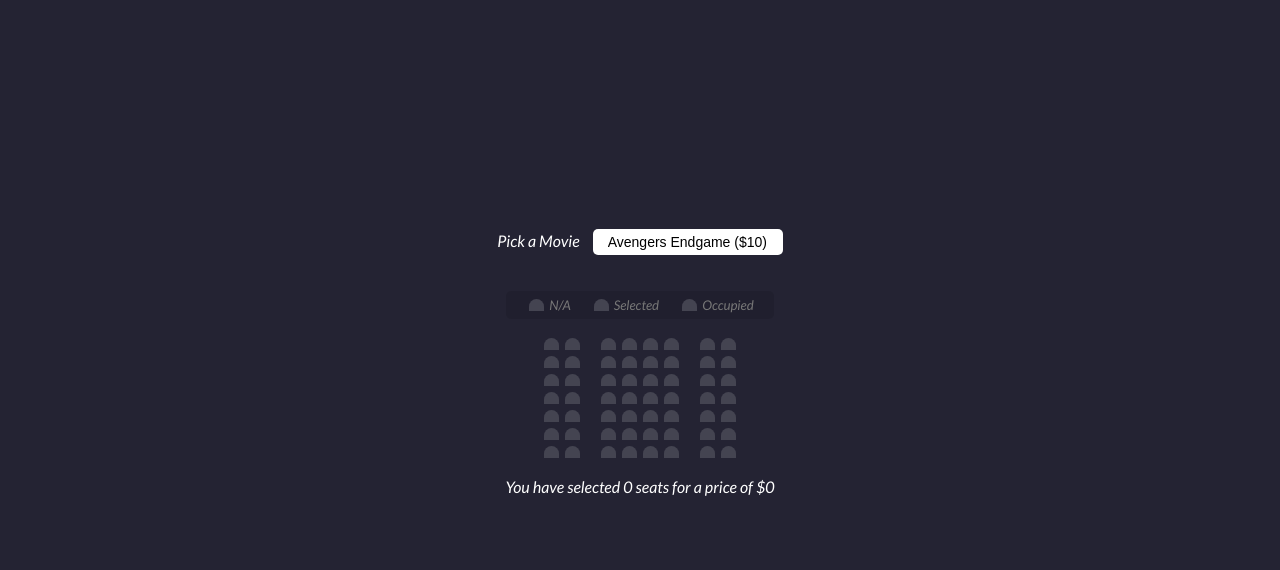
Repository: Izaya171/programming
Page: movieTickets/index.html
The author's editor kept a copy of each file at every save. The page is drawn from the files as they stood at one save, then again after the next save.
The browser window is 1280 px wide. The pictures show the whole page.

Above is the page before, as saved 2021-09-18 15:25:19.

### movieTickets/index.html
<!DOCTYPE html>
<html lang="en">

<head>
    <meta charset="UTF-8">
    <meta http-equiv="X-UA-Compatible" content="IE=edge">
    <meta name="viewport" content="width=device-width, initial-scale=1.0">
    <link rel="stylesheet" href="styles.css">
    <title>Movie Seat Booking</title>
</head>

<body>
    <div class="movie-container">
        <label>Pick a Movie</label>
        <select id="movie">
            <option value="10">Avengers Endgame ($10)</option>
            <option value="12">Joker ($12)</option>
            <option value="8">Toy Story 4 ($8)</option>
            <option value="9">Lion King ($9)</option>
        </select>
    </div>

    <ul class="showcase">
        <li>
            <div class="seat"></div>
            <small>N/A</small>
        </li>
        <li>
            <div class="seat selected"></div>
            <small>Selected</small>
        </li>
        <li>
            <div class="seat occupied"></div>
            <small>Occupied</small>
        </li>
    </ul>

    <div class="container">
        <div class="screen"></div>

        <div class="row">
            <div class="seat"></div>
            <div class="seat"></div>
            <div class="seat occupied"></div>
            <div class="seat"></div>
            <div class="seat occupied"></div>
            <div class="seat"></div>
            <div class="seat"></div>
            <div class="seat occupied"></div>
        </div>
        <div class="row">
            <div class="seat"></div>
            <div class="seat occupied"></div>
            <div class="seat"></div>
            <div class="seat occupied"></div>
            <div class="seat"></div>
            <div class="seat"></div>
            <div class="seat"></div>
            <div class="seat"></div>
        </div>
        <div class="row">
            <div class="seat"></div>
            <div class="seat"></div>
            <div class="seat"></div>
            <div class="seat"></div>
            <div class="seat"></div>
            <div class="seat"></div>
            <div class="seat"></div>
            <div class="seat"></div>
        </div>
        <div class="row">
            <div class="seat"></div>
            <div class="seat"></div>
            <div class="seat occupied"></div>
            <div class="seat"></div>
            <div class="seat"></div>
            <div class="seat"></div>
            <div class="seat occupied"></div>
            <div class="seat"></div>
        </div>
        <div class="row">
            <div class="seat occupied"></div>
            <div class="seat"></div>
            <div class="seat"></div>
            <div class="seat"></div>
            <div class="seat"></div>
            <div class="seat"></div>
            <div class="seat"></div>
            <div class="seat"></div>
        </div>
        <div class="row">
            <div class="seat"></div>
            <div class="seat"></div>
            <div class="seat"></div>
            <div class="seat"></div>
            <div class="seat"></div>
            <div class="seat"></div>
            <div class="seat"></div>
            <div class="seat"></div>
        </div>
        <div class="row">
            <div class="seat"></div>
            <div class="seat"></div>
            <div class="seat"></div>
            <div class="seat"></div>
            <div class="seat"></div>
            <div class="seat"></div>
            <div class="seat"></div>
            <div class="seat"></div>
        </div>
    </div>

    <p class="text">You have selected <span id="count">0</span> seats for a price of $<span id="total">0</span></span>
    </p>

    <script src="script.js"></script>
</body>

</html>

### movieTickets/styles.css
@import url('https://fonts.googleapis.com/css2?family=Lato:ital@1&display=swap');
* {
    box-sizing: border-box;
}

body {
    background-color: #242333;
    display: flex;
    flex-direction: column;
    color: #fff;
    align-items: center;
    justify-content: center;
    height: 100vh;
    font-family: 'lato', sans-serif;
    margin: 0;
}

.movie-container {
    margin: 20px 0;
}

.movie-container select {
    background-color: white;
    border: 0;
    border-radius: 5px;
    font-size: 14px;
    margin-left: 10px;
    padding: 5px 15px 5px 15px;
    -moz-appearance: none;
    -webkit-appearance: none;
    appearance: none;
}

.seat {
    background-color: #444451;
    height: 12px;
    width: 15px;
    margin: 3px;
    border-top-left-radius: 10px;
    border-top-right-radius: 10px;
}

seat.selected {
    background-color: #6feaf6;
}

seat.occupied {
    background-color: white;
}

.seat:nth-of-type(2) {
    margin-right: 18px;
}

.seat:nth-last-of-type(2) {
    margin-left: 18px;
}

.seat:not(.occupied):hover {
    cursor: pointer;
    transform: scale(1.2);
}

.showcase .seat:not(.occupied):hover {
    cursor: default;
    transform: scale(1);
}

.showcase {
    background-color: rgba(0, 0, 0, 0.1);
    padding: 5px 10px;
    border-radius: 5px;
    color: #777;
    list-style-type: none;
    display: flex;
    justify-content: space-between;
}

.showcase li {
    display: flex;
    align-items: center;
    justify-content: center;
    margin: 0 10px;
}

.showcase li small {
    margin-left: 2px;
}

.row {
    display: flex;
}

Loaded but not shown: movieTickets/script.js (no stored copy; drawn as an empty file)

After the next save:
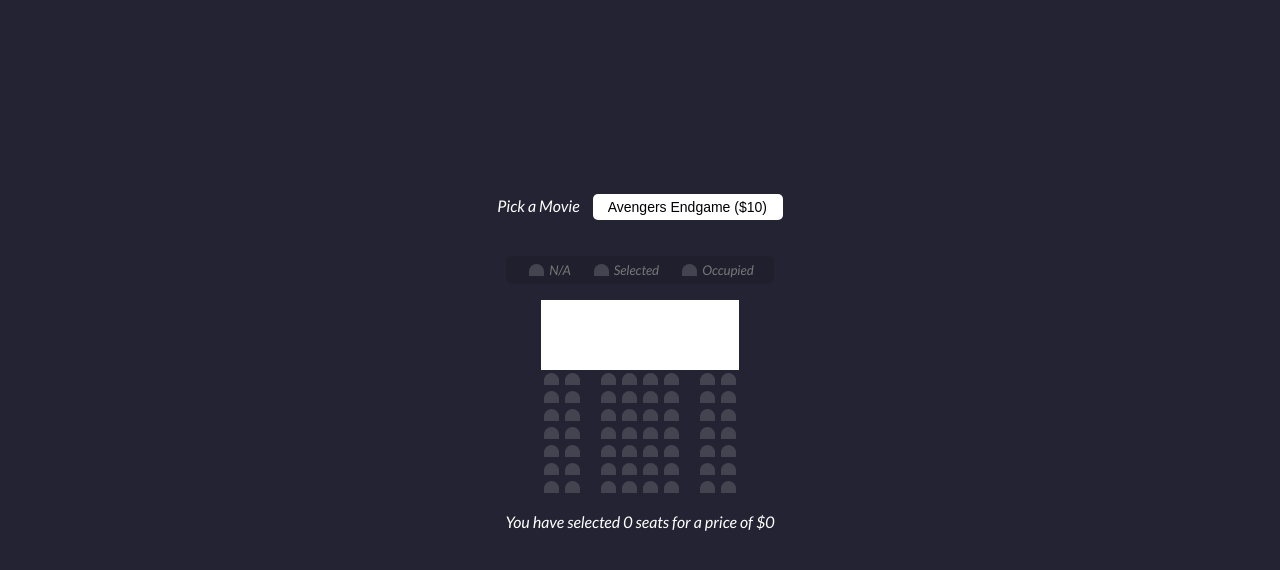
Saved 63 s later.
--- a/movieTickets/styles.css
+++ b/movieTickets/styles.css
@@ -90,3 +90,9 @@
 .row {
     display: flex;
 }
+
+.screen {
+    background-color: white;
+    height: 70px;
+    width: 100%;
+}
